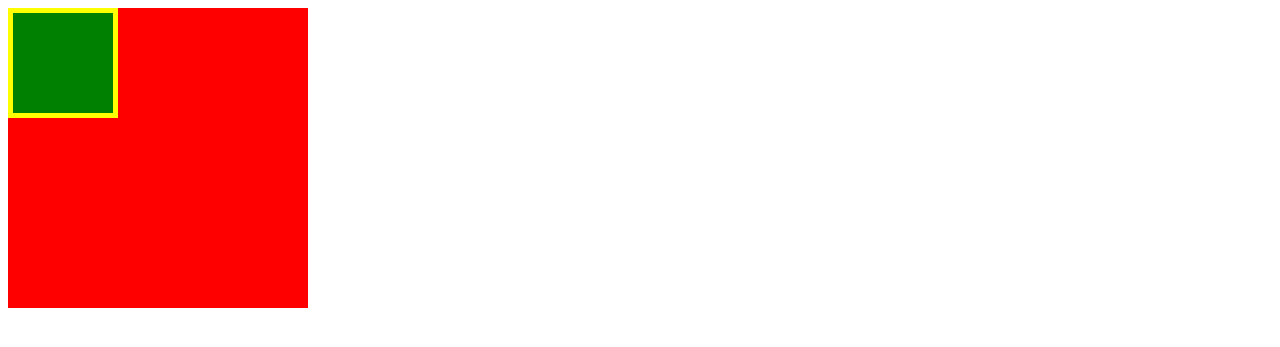
Repository: newyorkey/exercise1
Page: box/box.html
The author's editor kept a record of every edit. The page is drawn from the files as they stood at one moment, then again after the next edit.
The browser window is 1280 px wide. The pictures show the whole page.

Above is the page before.

### box/box.html
<!DOCTYPE html>
<html lang="ja">
  <head>
    <meta charset="UTF-8" />
    <!-- CSSファイルの読み込み -->
    <link rel="stylesheet" href="box.css" />
    <title>BOX</title>
  </head>

  <body>
    <!-- box1用のdiv -->
    <div class="box1">
     <div class="box2"></div>

    </div>
  </body>
</html>

### box/box.css
.box1 {
  width: 300px;
  height: 300px;
  background-color: #FF0000;
}

.box2 {
  width: 100px;
  height: 100px;
  background-color: green;
  border: 5px solid yellow;

}

After the next edit:
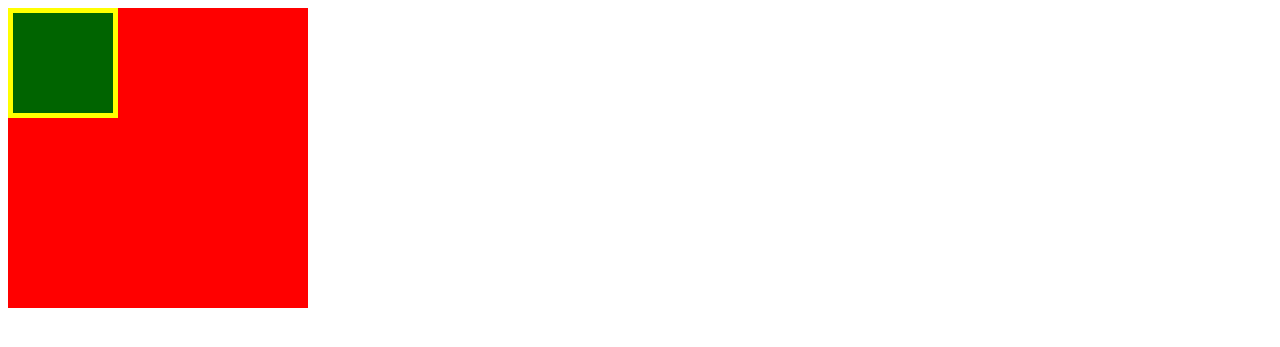
The edit:
--- a/box/box.css
+++ b/box/box.css
@@ -7,7 +7,7 @@
 .box2 {
   width: 100px;
   height: 100px;
-  background-color: green;
+  background-color: #006400;
   border: 5px solid yellow;
 
 }
